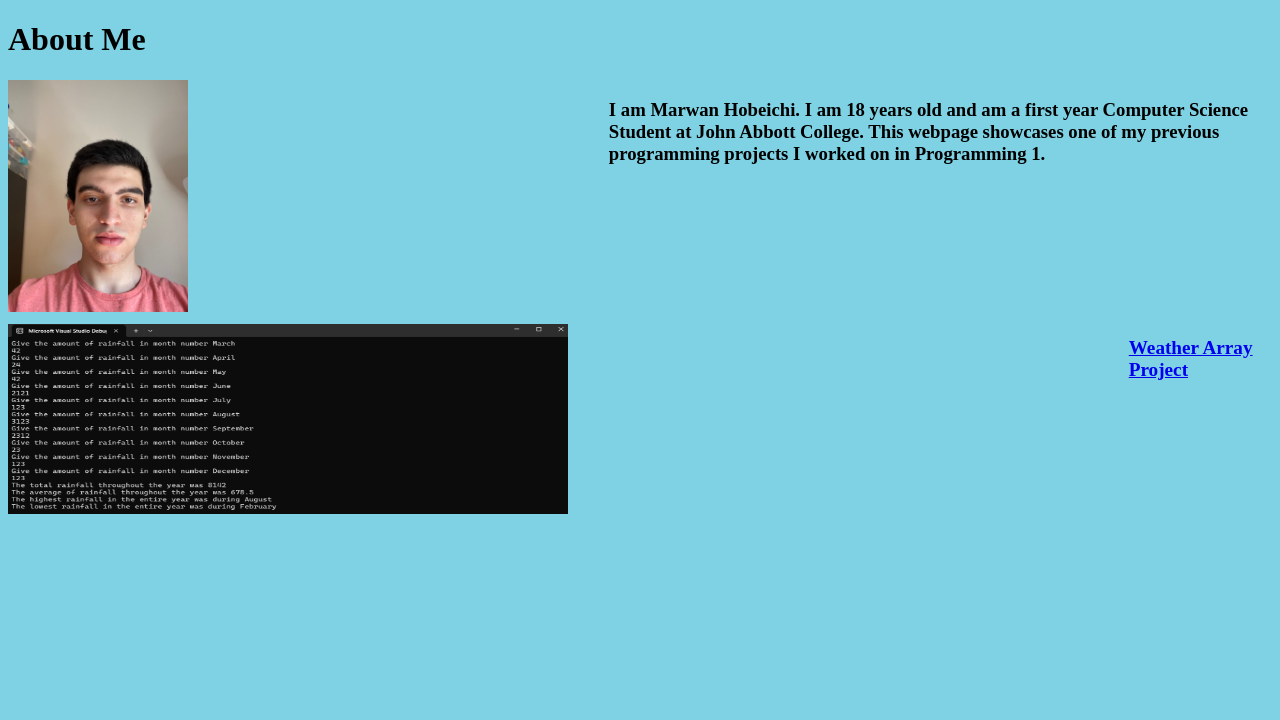
Repository: captainm64/captainm64
Page: index.html
These files come from the project's save history. The page is drawn as it stood at one moment and after the next save; the edit follows.
The browser window is 1280 px wide. The pictures show the whole page.

Above is the page before, as saved 2026-05-12 10:10:30.

After the next save:
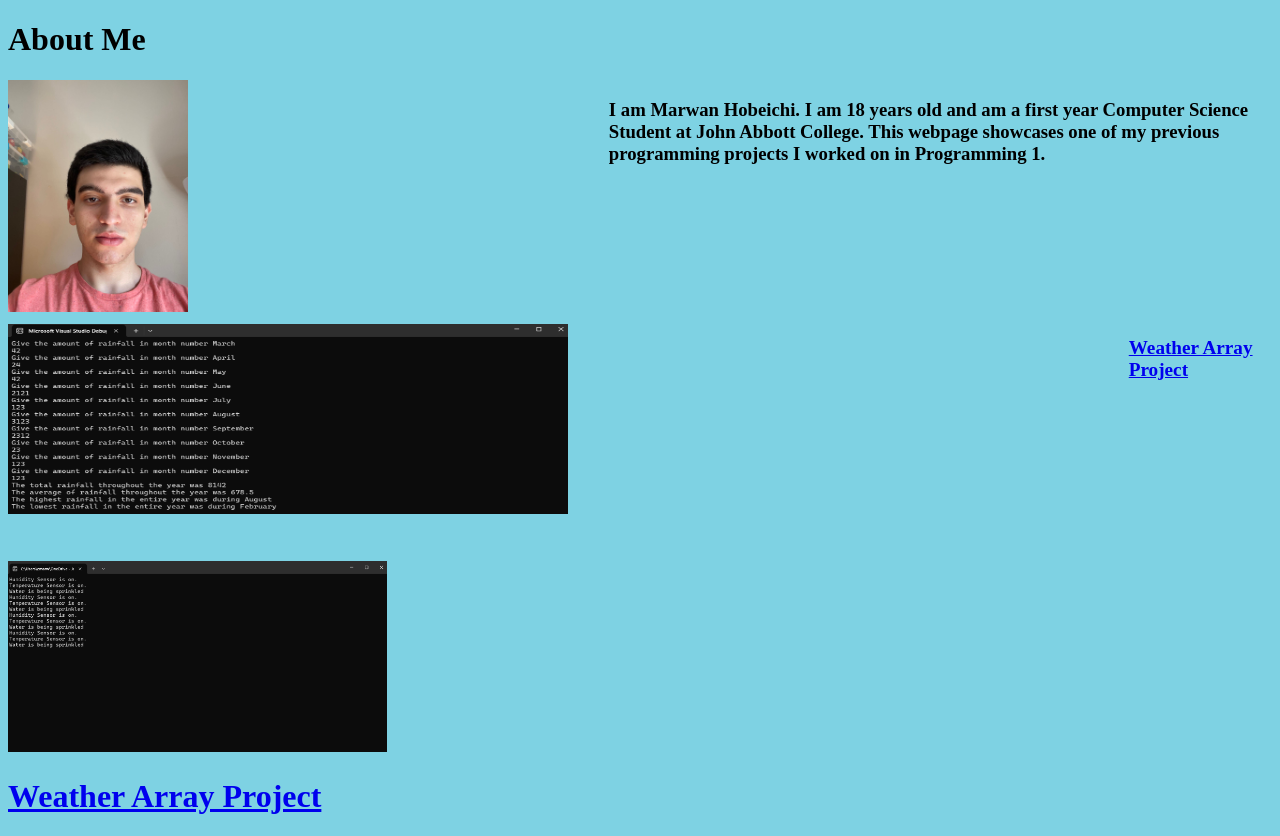
Saved 5 min 16 s later.
--- a/index.html
+++ b/index.html
@@ -31,4 +31,14 @@
  <a href = projectshow.html><h1>Weather Array Project</h1></a>
 
 </div>
+
+<div class = "projtxt2">
+
+ <div>
+ <img src="../../assets/images/demo3.png" alt = "Demonstration of an old project"/>
+ </div>
+
+ <a href = projectshow.html><h1>Weather Array Project</h1></a>
+
+</div>
 </main>
